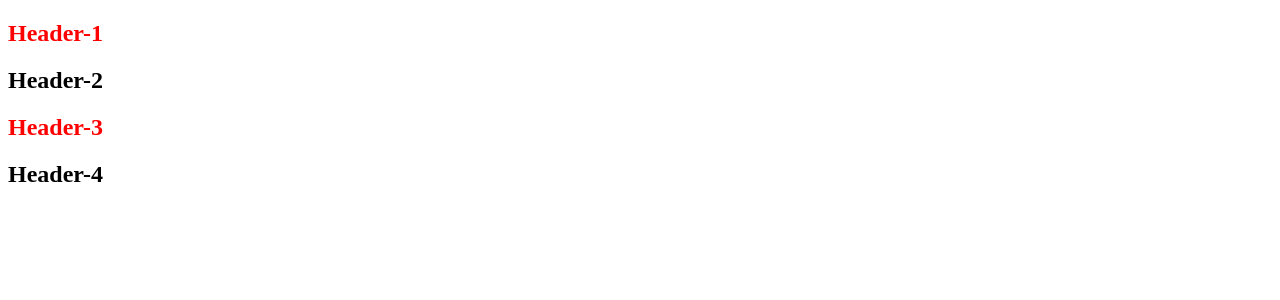
Repository: KYJIN1024/kic_jquery
Page: http://localhost/JQueryEx01/jquery07.jsp
The author's editor kept a copy of each file at every save. The page is drawn from the files as they stood at one save, then again after the next save.
The browser window is 1280 px wide. The pictures show the whole page.
The page is served by Tomcat 9.

Above is the page before, as saved 2023-05-15 07:46:23.

After the next save:
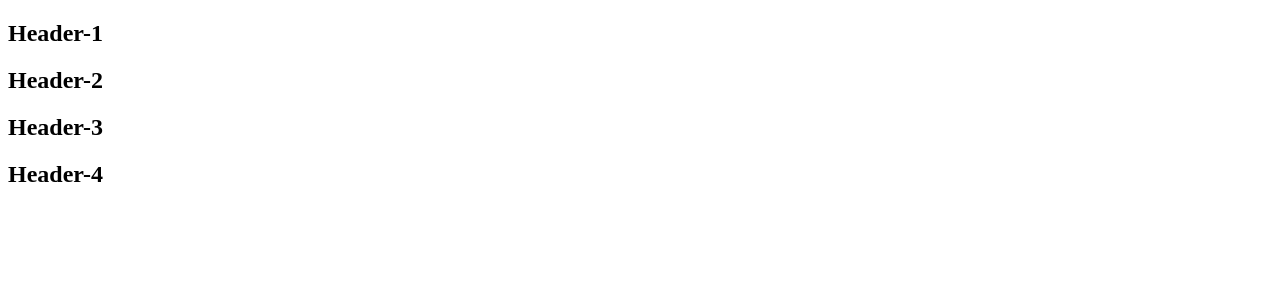
Console error: SyntaxError: Unexpected token '.'
Saved 27 min 54 s later.
--- a/JQueryEx01/src/main/webapp/jquery07.jsp
+++ b/JQueryEx01/src/main/webapp/jquery07.jsp
@@ -11,9 +11,9 @@
 <script>
 	// window.jquery => jquery => $ (축약된표현)
 	$( document ).ready(function(){
-		// 아이디
-		$( '#i1, #i3' ).css( 'color', 'red' );
-	});
+		.css( 'color', 'red' );
+	});// 아이디
+		$( '#i1, #i3' )
 
 
 </script>
